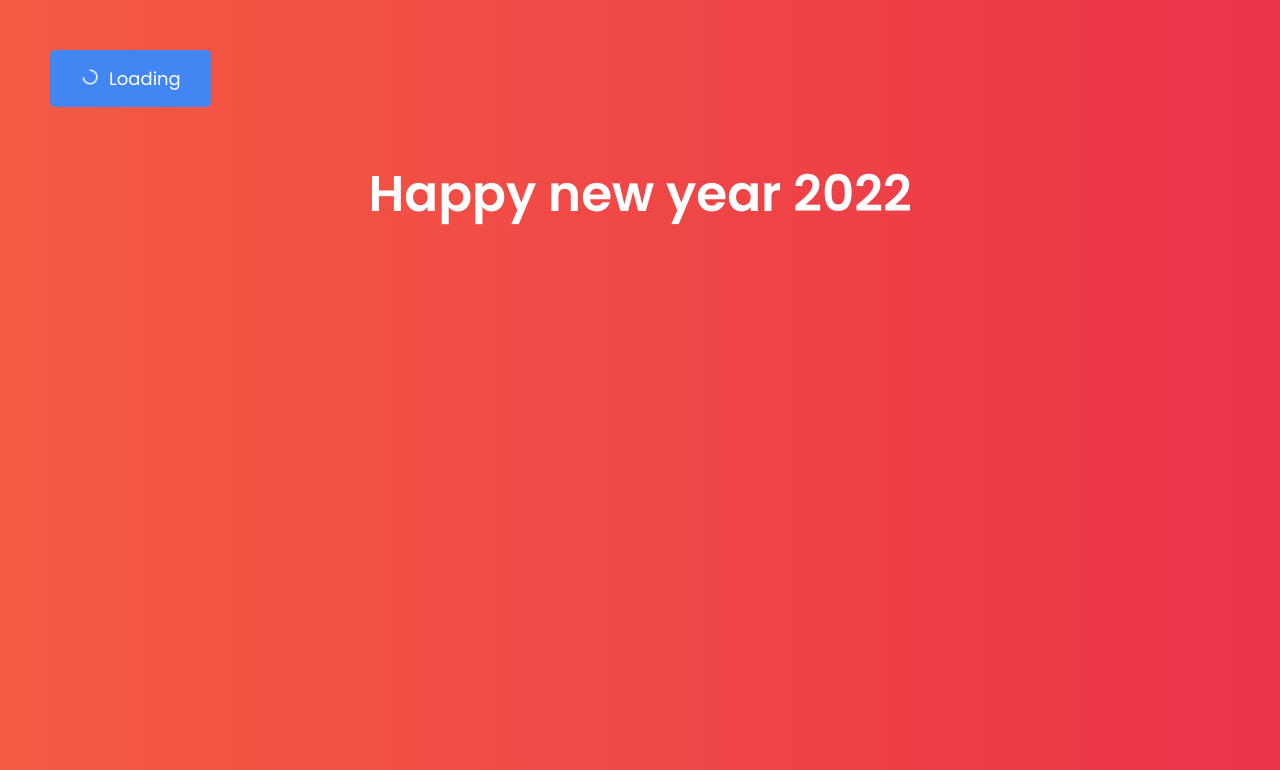
Repository: hoang0508/ReactJsDevWork
Page: /
An editor plug-in stored every save of this project. The page is shown before and after the next save, followed by the edit.
The browser window is 1280 px wide. The pictures show the whole page.
The project was rebuilt for these pictures with package versions that can differ from the ones it lists, and the page was loaded fresh each time.

Above is the page before, as saved 2022-02-01 23:35:02.

After the next save:
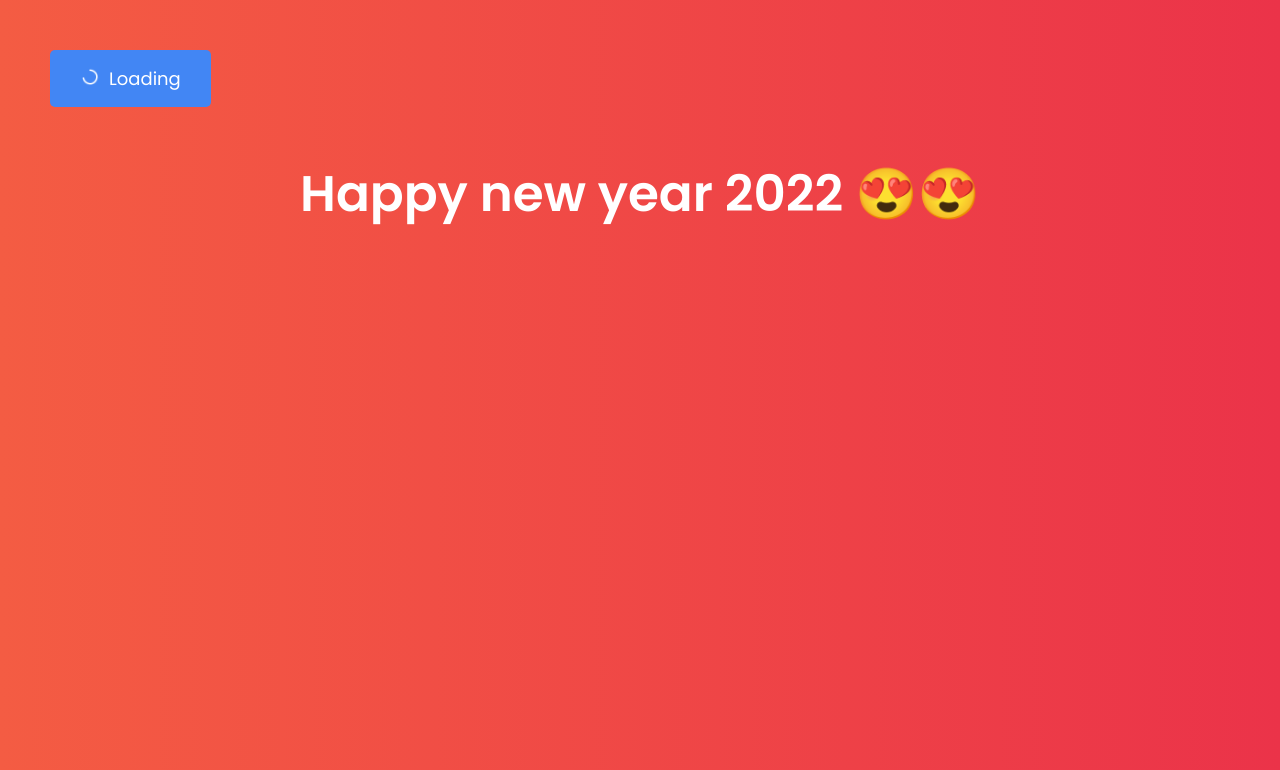
Saved 106 s later.
--- a/src/components/Button/Button.js
+++ b/src/components/Button/Button.js
@@ -24,7 +24,7 @@ const Button = () => {
         </div>
         <span className="btn-text">Loading</span>
       </button>
-      {text && loading && <p className="btn-desc">Happy new year 2022</p>}
+      {text && loading && <p className="btn-desc">Happy new year 2022 😍😍</p>}
     </div>
   );
 };
